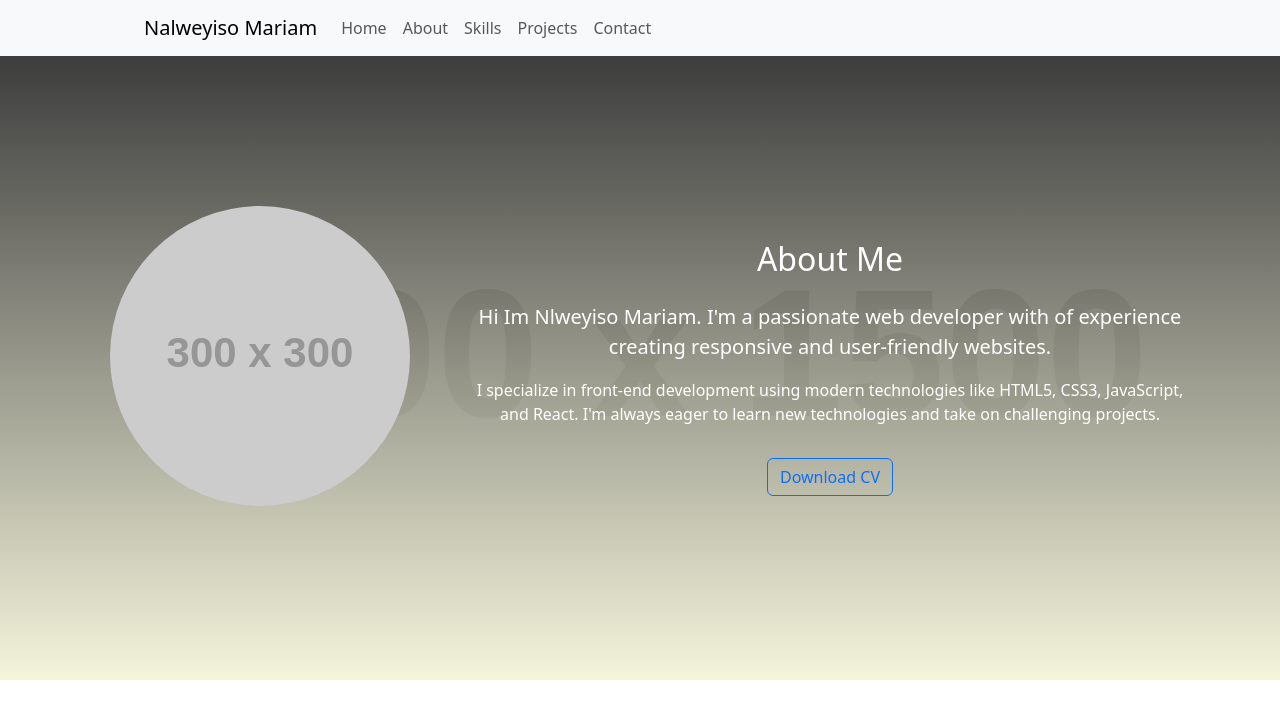
Repository: NalweMari/My-Personal-Portfolio
Page: index.html
An editor plug-in stored every save of this project. The page is shown before and after the next save, followed by the edit.
The browser window is 1280 px wide. The pictures show the whole page.

Above is the page before, as saved 2025-11-27 12:44:02.
Console error (its wording comes from the project's code and is left out).

### index.html
<!DOCTYPE html>
<html lang="en">

<head>
    <meta charset="UTF-8">
    <meta name="viewport" content="width=device-width, initial-scale=1.0">
    <title>My Portfolio</title>
    <link rel="stylesheet" href="style.css">
    <!-- Bootstrap CSS -->
    <link href="https://cdn.jsdelivr.net/npm/bootstrap@5.3.0/dist/css/bootstrap.min.css" rel="stylesheet">
    <!-- Font Awesome for icons -->
    <link rel="stylesheet" href="https://cdnjs.cloudflare.com/ajax/libs/font-awesome/6.4.0/css/all.min.css">

</head>

<body>
    <!-- Navigation -->

    <nav class="navbar navbar-expand-lg navbar-light bg-light pink">
        <div class="container me-2">
            <a class="navbar-brand" href="#">Nalweyiso Mariam</a> <button class="navbar-toggler" type="button" data- 6
                toggle="collapse" data-target="#navbarNav" aria-controls="navbarNav" aria-expanded="false"
                aria-label="Toggle navigation"> <span class="navbar-toggler-icon"></span> </button>
            <div class="collapse navbar-collapse" id="navbarNav">
                <ul class="navbar-nav">
                    <a class="nav-link" href="#">Home</a>
                    </li>
                    <li class="nav-item">
                        <a class="nav-link" href="#">About</a>
                    </li>
                    <li class="nav-item">
                        <a class="nav-link" href="#">Skills</a>
                    </li>
                    <li class="nav-item">
                        <a class="nav-link" href="#">Projects</a>
                    </li>
                    <li class="nav-item">
                        <a class="nav-link" href="#">Contact</a>
                    <li class="nav-item active">
                </ul>
            </div>
        </div>
    </nav>

    <!-- Hero Section -->

<section id="home" class="hero-section text-center">
        <div class="container">
            <div class="row align-items-center">
                <div class="col-md-4 text-center mb-4">
                    <img src="https://via.placeholder.com/300" alt="Profile" class="img-fluid rounded-circle">
                </div>
                <div class="col-md-8">
                    <h2 class="mb-4">About Me</h2>
                    <p class="lead">Hi Im Nlweyiso Mariam. I'm a passionate web developer with  of experience creating responsive and user-friendly websites.</p>
                    <p>I specialize in front-end development using modern technologies like HTML5, CSS3, JavaScript, and React. I'm always eager to learn new technologies and take on challenging projects.</p>
                    <a href="#" class="btn btn-outline-primary mt-3">Download CV</a>
                </div>
            </div>
        </div>
    <script src="https://stackpath.bootstrapcdn.com/bootstrap/4.5.2/js/bootstrap.min.js"></script>
</body>

</html>

### Style.css
.hero-section {
  background: linear-gradient(rgba(0, 0, 0, 0.7), beige),
    url("https://via.placeholder.com/1500") center/cover no-repeat;
  color: white;
  padding: 150px 0;
}
.skill-bar {
  height: 20px;
  background-color: #e9ecef;
  border-radius: 5px;
  margin-bottom: 15px;
}
.skill-progress {
  height: 100%;
  border-radius: 5px;
  background-color: #0d6efd;
}
.project-card {
  transition: transform 0.3s;
}
.project-card:hover {
  transform: translateY(-5px);
}

After the next save:
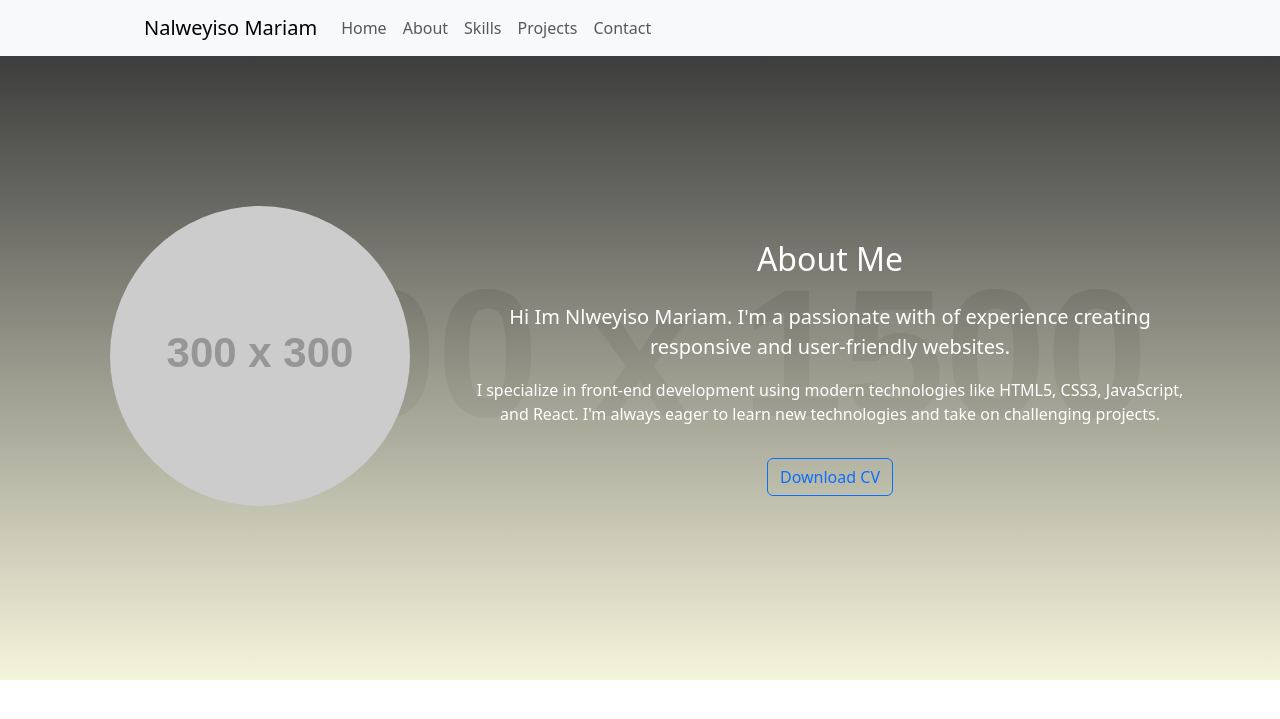
Saved 7 s later.
--- a/index.html
+++ b/index.html
@@ -52,7 +52,7 @@
                 </div>
                 <div class="col-md-8">
                     <h2 class="mb-4">About Me</h2>
-                    <p class="lead">Hi Im Nlweyiso Mariam. I'm a passionate web developer with  of experience creating responsive and user-friendly websites.</p>
+                    <p class="lead">Hi Im Nlweyiso Mariam. I'm a passionate  with  of experience creating responsive and user-friendly websites.</p>
                     <p>I specialize in front-end development using modern technologies like HTML5, CSS3, JavaScript, and React. I'm always eager to learn new technologies and take on challenging projects.</p>
                     <a href="#" class="btn btn-outline-primary mt-3">Download CV</a>
                 </div>
